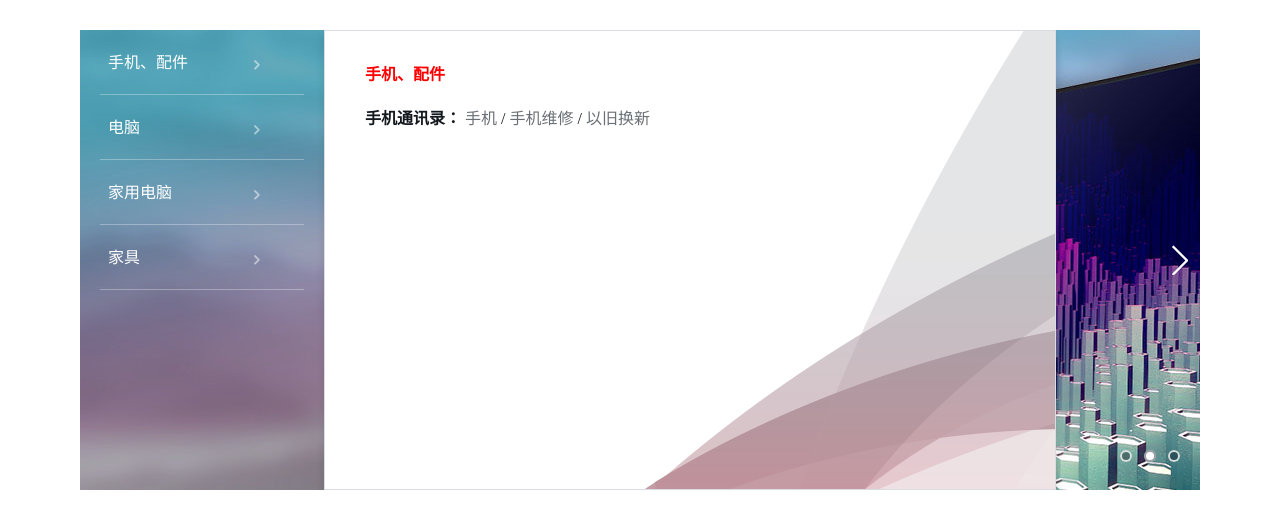
Repository: zhenzhen-gong/JSslider
Page: index.html
These files come from the project's save history. The page is drawn as it stood at one moment and after the next save; the edit follows.
The browser window is 1280 px wide. The pictures show the whole page.

Above is the page before, as saved 2020-06-06 18:57:29.

### index.html
<!DOCTYPE html>
<html lang="en">

<head>
    <meta charset="UTF-8">
    <meta name="viewport" content="width=device-width, initial-scale=1.0">
    <title>JS实现轮播图</title>
    <link rel="stylesheet" href="style.css">
    <script src="js.js"></script>
</head>

<body>
    <div class="main" id="main">
        <!-- 导航栏 -->
        <div class="menu-box">
            <div class="menu-title">
                <a href="#">
                    <span class="text">手机、配件</span><span class="ico">&#xe665;</span>
                </a>
            </div>
            <div class="menu-title">
                <a href="#">
                    <span class="text">电脑</span><span class="ico">&#xe665;</span>
                </a>
            </div>
            <div class="menu-title">
                 <a href="#">
                    <span class="text">家用电脑</span><span class="ico">&#xe665;</span>
                </a>
            </div>
            <div class="menu-title">
                <a href="#">
                    <span class="text">家具</span><span class="ico">&#xe665;</span>
                </a>
            </div>
        </div>
        <!-- 子菜单 -->
        <div class="menu-content">
            <!-- 每个一级menu对应的内容 -->
            <div class="content-box">
                <h4>手机、配件</h4>
                <ul>
                    <li>
                        <span class="title">手机通讯录：</span>
                        <a href="#">手机</a>
                        <span>/</span>
                        <a href="#">手机维修</a>
                        <span>/</span>
                        <a href="#">以旧换新</a>
                    </li>
                    <li></li>
                    <li></li>
                    <li></li>
                    <li></li>
                </ul>
            </div>
        </div>
        <!-- 图片轮播 -->
        <div class="slider" id="slider">
            <a href="">
                <div class="img img1 img-active"></div>
            </a>
            <a href="">
                <div class="img img2"></div>
            </a>
            <a href="">
                <div class="img img3"></div>
            </a>
        </div>
        <!-- 左右箭头 -->
        <span class="button left" id="pre"></span>
        <span class="button right" id="next"></span>
        <!-- 圆点切换 -->
        <div class="circle" id="circle">
            <span class="active"></span>
            <span></span>
            <span></span>
        </div>
        <div class="nav"></div>
        <div class="content"></div>
    </div>
</body>

</html>

### style.css
*{
    margin: 0;
    padding: 0;
}
ul{
    list-style: none;
}
@font-face {font-family: 'iconfont';
    src: url('../img/font/iconfont.eot');
    src: url('../img/font/iconfont.eot') format('embedded-opentype'),
    url('../img/font/iconfont.woff') format('woff'),
    url('../img/font/iconfont.ttf') format('truetype'),
    url('../img/font/iconfont.svg#iconfont') format('svg');
}
body{
    font-family: "微软雅黑";
    color: #14191e;
}
.main{
    position: relative;
    width: 1120px;
    height: 460px;
    margin: 30px auto;
    overflow: hidden;
}
.slider{
    position: relative;
    width: 1120px;
    height: 460px;
}
.img{
    position: absolute;
    width: 1120px;
    height: 460px;
    background-repeat: no-repeat;
    overflow: hidden;
    display: none;
}
.img1{
    background-image: url(img/bg1.jpg);
}
.img2{
    background-image: url(img/bg2.jpg);
}
.img3{
    background-image: url(img/bg3.jpg);
}
.img-active{
    display: block;
}
.button{
    position: absolute;
    width: 40px;
    height: 80px;
    left: 244px;
    top: 50%;
    margin-top: -40px;
    background:url(img/arrow.png) no-repeat center center ;
}
.button:hover{
    background-color: #333;
    opacity: 0.3;
    filter: alpha(opacity=80);/*是为了解决兼容问题，属于css3的filter属性*/
}
.right{
    left: auto;
    right: 0;
}
.left{
    transform: rotate(180deg);
}
.circle{
    position: absolute;
    right: 20px;
    bottom: 24px;
}
.circle span{
    display: inline-block;
    height: 12px;
    width: 12px;
    border-radius: 50%;
    background-color: rgba(7, 17, 27, 0.4);
    margin-left: 8px;
    box-shadow: 0 0 0 2px rgba(255, 255, 255, 0.8) inset;
    cursor: pointer;
}
.circle span.active{
    background-color: #ffffff;
    box-shadow: 0 0 0 2px rgba(7, 17, 27, 0.4) inset;
}
.menu-box{
    position: absolute;
    left: 0;
    top: 0;
    z-index: 1;
    width: 244px;
    height: 460px;
    background-color: rgba(7, 17, 27, 0.3);
}
.menu-title{
    position: relative;
    padding: 0 8px;
    margin: 0 20px;
    border-bottom: 1px solid rgba(255, 255, 255, 0.3);
    height: 64px;
    line-height: 66px;
}
.menu-title a{
    text-decoration: none;
    color: #5e5e5e;
    font-size: 16px;
    color: #ffffff;
}
.menu-title .ico{
    position: absolute;
    right: 32px;
    top: 2px;
    font-size: 30px;
    font-family: "iconfont";
    color: rgba(255, 255, 255, 0.5);
}
.menu-content{
    position: absolute;
    left: 244px;
    top: 0;
    width: 730px;
    height: 458px;
    border: 1px solid #d9dde1;
    z-index: 1;
    box-shadow: 0 4px 8px 0 rgba(0, 0, 0, 0.1);
    background: url(img/fe.png) no-repeat;
}
.content-box{
    width: 100%;
    height: 100%;
    padding: 30px 40px;
    box-sizing: border-box;
}
.content-box h4{
    color: red;
}
.content-box ul{
    margin-top: 20px;
}
.content-box a{
    text-decoration: none;
    color: rgba(7, 17, 27,0.6);
}
.content-box .title{
    font-weight: bolder;

}

### js.js
window.onload = function () {
    function byId(id){
        return typeof(id) === "string"? document.getElementById(id):id;
      }
      var index = 0,
          timer =null,
          sliders = byId("slider").getElementsByTagName("div"),
          circles = byId("circle").getElementsByTagName("span"),
          len = sliders.length,
          pre = byId("pre"),
          next = byId("next")

     function imgSlider(){
         var main = byId("slider")
        //   鼠标移动到图片上方，图片停止切换
        main.onmouseover = function(){
          if(timer) clearInterval(timer)
        }
        // 鼠标移出图片区域时，图片继续滑动
        main.onmouseout = function(){
            timer = setInterval(function(){
                index++;
                if(index>=len){
                    index = 0;
                }
                // 切换图片
                changeImg()
            }, 3000);
        }
        main.onmouseout();
        //点击圆点切换图片
        // 1、找到所有圆点  并为每个圆点绑定click事件
        for(let i = 0;i<len;i++){
            circles[i].id = i
            circles[i].onclick = function(){
               index = i
                //2、调用切换图片的函数
            changeImg()
            }
        }
        // 给左右箭头绑定点击事件
        next.onclick = function(){
            index++;
            if(index>=len) index=0
            changeImg()
        }
        pre.onclick = function(){
            index--;
            if(index<0) index = len - 1
            changeImg()
        }
     }
     function changeImg(){
         // 当前图片的display属性为block，其他为none；
         for (let i = 0;i<len;i++){
             sliders[i].style.display = "none"
             circles[i].className = " " //清除所有小圆点上的类，在当前小圆点上增加active类名  实现点击哪个小圆点，那个小圆点的样式改变
         }
         sliders[index].style.display = "block"
         circles[index].className = "active"
     }
     imgSlider()
}

After the next save:
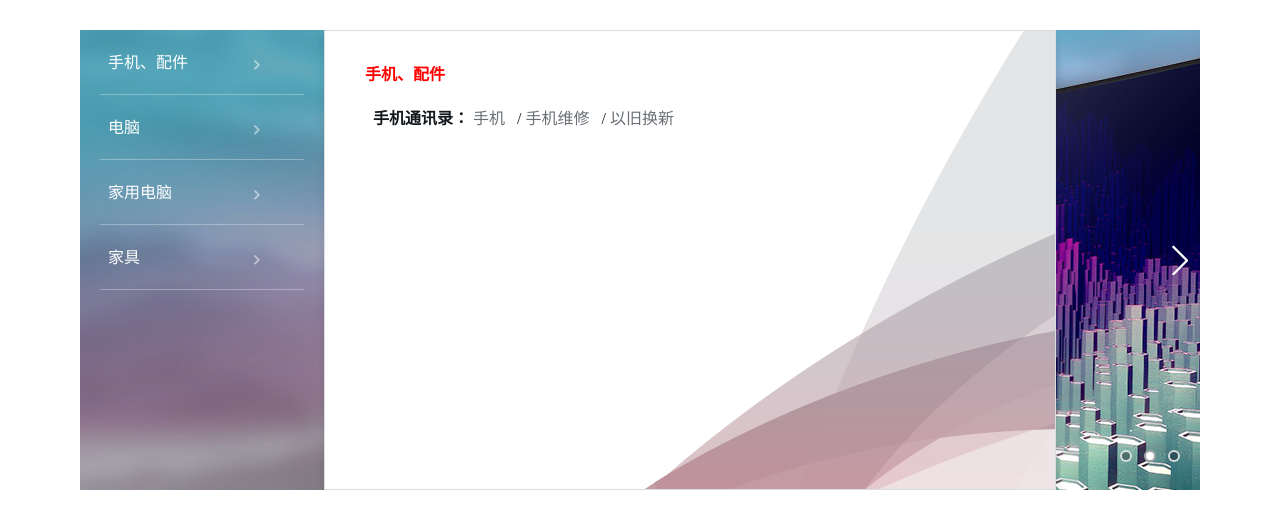
Saved 63 s later.
--- a/style.css
+++ b/style.css
@@ -148,5 +148,7 @@
 }
 .content-box .title{
     font-weight: bolder;
-
 }
+.content-box span{
+    padding-left: 8px;
+}
